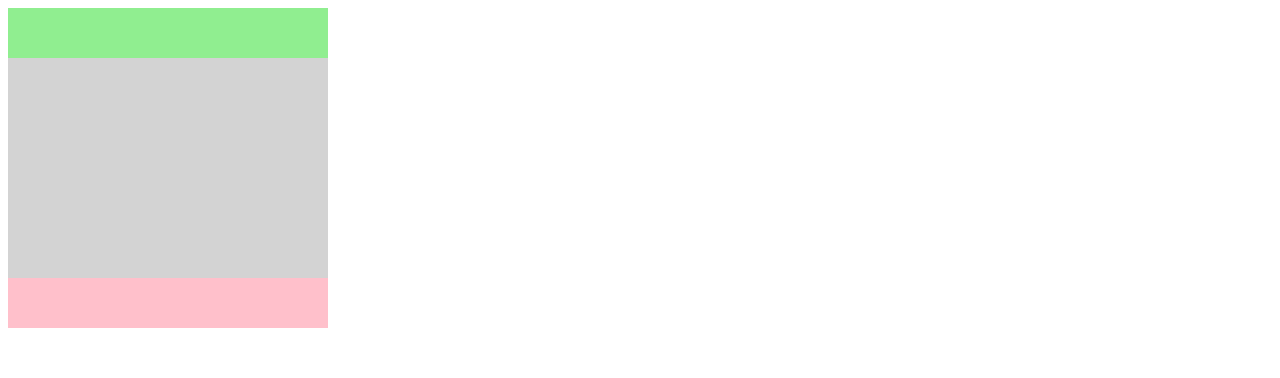
Repository: kimjaejoo/Tacademy
Page: http://localhost/Hello/2_include.jsp
These files come from the project's save history. The page is drawn as it stood at one moment and after the next save; the edit follows.
The browser window is 1280 px wide. The pictures show the whole page.
The page is served by Tomcat 9. Nobody is signed in. The application's start-up code is not run.

Above is the page before, as saved 2016-11-01 01:35:28.

After the next save:
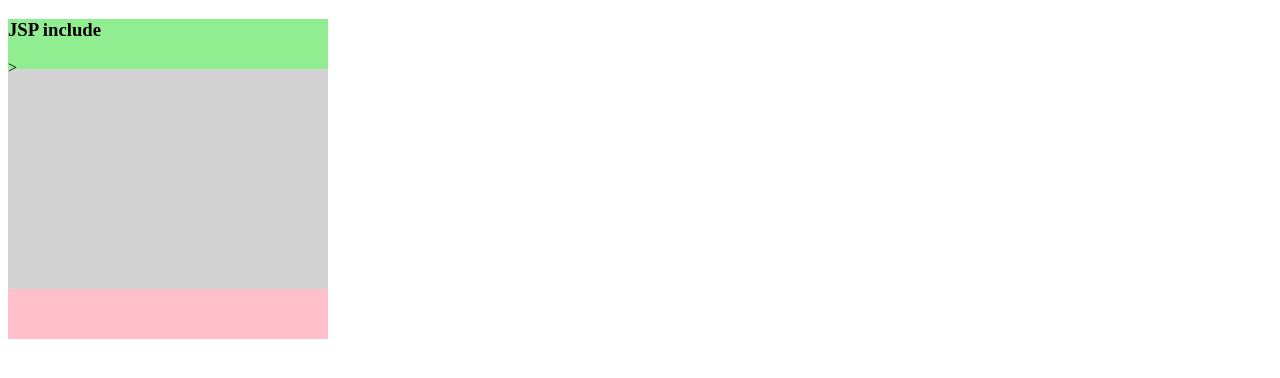
Saved 49 s later.
--- a/Hello/WebContent/2_include.jsp
+++ b/Hello/WebContent/2_include.jsp
@@ -28,7 +28,7 @@
 
 <!-- 태그에 직접 스타일을 주면 inline 이라고 한다. -->
 <div id="wrap">
-	<div id="header"></div>
+	<div id="header"><%@ include file="header.jsp" %>></div>
 	<div id="contents"></div>
 	<div id="footer"></div>
 </div>
